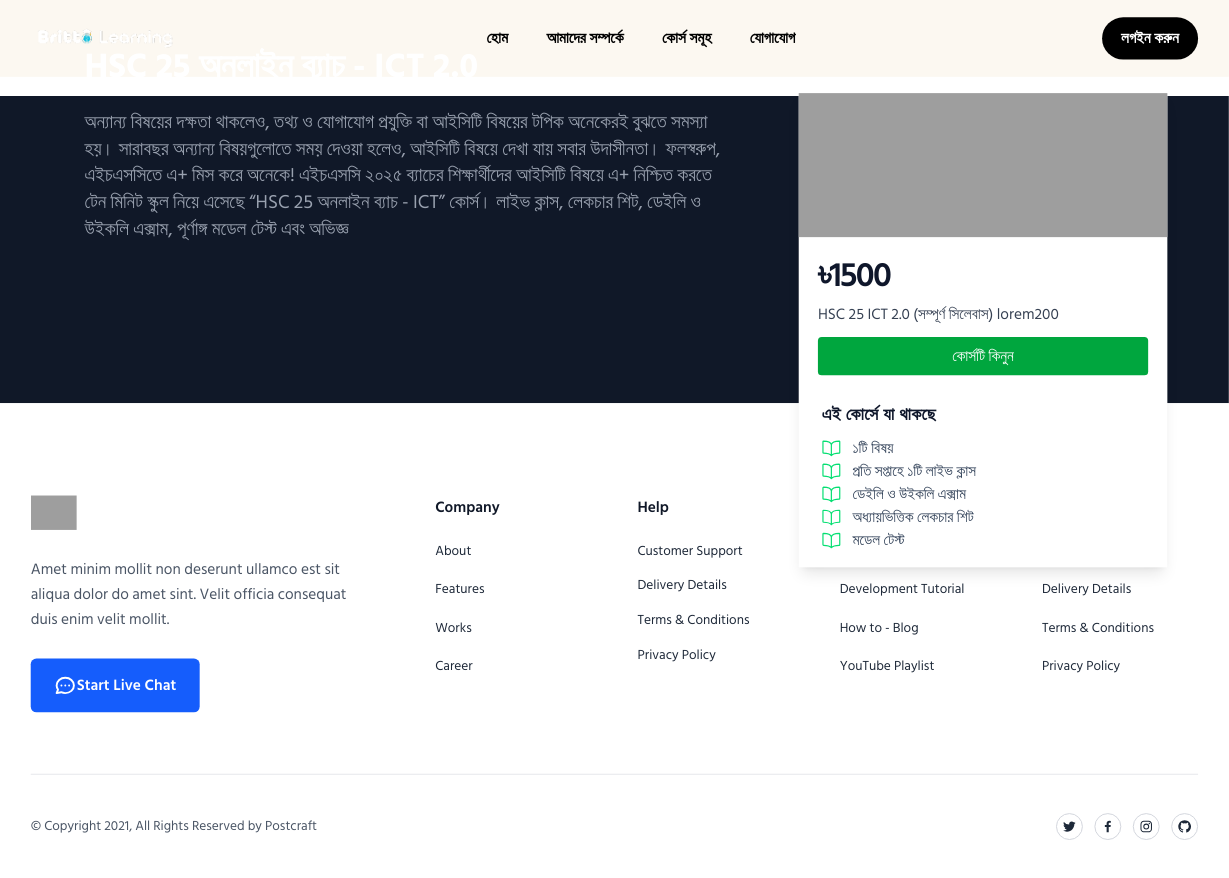
Repository: Ruddro420/course-selling
Page: /single-course
An editor plug-in stored every save of this project. The page is shown before and after the next save, followed by the edit.
The browser window is 1280 px wide. The pictures show the whole page, at 96% of full size.
Pictures or frames that could not be fetched are drawn as grey boxes. The project was rebuilt for these pictures with package versions that can differ from the ones it lists, and the page was loaded fresh each time. Also part of the build but not shown: vite.config.js, src/components/AboutSection.jsx, src/components/ContactSection.jsx, src/components/CourseSection.jsx, src/components/Hero.jsx, src/components/TeamSection.jsx, src/components/WhyUsSection.jsx, src/pages/Home.jsx and 2 more.

Above is the page before, as saved 2025-02-06 03:28:00.

### index.html
<!doctype html>
<html lang="en">

<head>
  <meta charset="UTF-8" />
  <link rel="icon" type="image/svg+xml" href="/img/fav-icon.jpg" />
  <meta name="viewport" content="width=device-width, initial-scale=1.0" />
  <link rel="preconnect" href="https://fonts.googleapis.com">
  <link rel="preconnect" href="https://fonts.gstatic.com" crossorigin>
  <link href="https://fonts.googleapis.com/css2?family=Hind+Siliguri:wght@300;400;500;600;700&display=swap"
    rel="stylesheet">
  <title>Britto Learning</title>
</head>

<body>
  <div id="root"></div>
  <script type="module" src="/src/main.jsx"></script>
</body>

</html>

### src/main.jsx
import { StrictMode } from 'react'
import { createRoot } from 'react-dom/client'
import './index.css'
import {
  createBrowserRouter,
  RouterProvider,
} from "react-router-dom";
import Home from './pages/Home.jsx';
import MainLayout from './MainLayout/MainLayout.jsx';
import LoginPage from './pages/LoginPage.jsx';
import AuthPage from './pages/AuthPage.jsx';
import CoursePage from './pages/CoursePage.jsx';

const router = createBrowserRouter([
  {
    path: "/",
    element: <MainLayout />,
    children: [
      {
        path: '/',
        element: <Home />
      },
      {
        path: '/single-course',
        element: <CoursePage />
      }
    ]
  },
  {
    path: '/login',
    element: <LoginPage />
  },
  {
    path: '/register',
    element: <AuthPage />
  }
]);

createRoot(document.getElementById('root')).render(
  <StrictMode>
    <RouterProvider router={router} />
  </StrictMode>,
)

### src/index.css
@import "tailwindcss";
/* Hind Siliguri Font */
@import url('https://fonts.googleapis.com/css2?family=Hind+Siliguri:wght@300;400;500;600;700&display=swap');

/* Basic Setup */
body {
  font-family: "Hind Siliguri", serif!important;
}

### src/MainLayout/MainLayout.jsx
import { Outlet } from "react-router-dom";
import Header from "../components/Header";
import MainFooter from "../components/MainFooter";

const MainLayout = () => {
    return (
        <div>
            <Header />
            <Outlet />
            <MainFooter />
        </div>
    );
};

export default MainLayout;

### src/pages/CoursePage.jsx

import CourseHero from '../components/courseComponent/CourseHero';

const CoursePage = () => {
  return (
    <>
      <CourseHero />
    </>
  );
};

export default CoursePage;

### src/components/Header.jsx
import { Link } from "react-router-dom";

const Header = () => {
    return (
        <div>
            <header className="bg-[#FCF8F1] bg-opacity-30">
                <div className="px-4 mx-auto sm:px-6 lg:px-8">
                    <div className="flex items-center justify-between h-16 lg:h-20">
                        <div className="flex-shrink-0">
                            <a href="#" title="" className="flex">
                                <img className="w-auto h-8" src="../../img/logo.png" alt="" />
                            </a>
                        </div>

                        <button type="button" className="inline-flex p-2 text-black transition-all duration-200 rounded-md lg:hidden focus:bg-gray-100 hover:bg-gray-100">
                            {/*    <!-- Menu open: "hidden", Menu closed: "block" --> */}
                            <svg className="block w-6 h-6" xmlns="http://www.w3.org/2000/svg" fill="none" viewBox="0 0 24 24" stroke="currentColor">
                                <path strokeLinecap="round" strokeLinejoin="round" strokeWidth="2" d="M4 8h16M4 16h16"></path>
                            </svg>

                            {/*  <!-- Menu open: "block", Menu closed: "hidden" --> */}
                            <svg className="hidden w-6 h-6" xmlns="http://www.w3.org/2000/svg" fill="none" viewBox="0 0 24 24" stroke="currentColor">
                                <path strokeLinecap="round" strokeLinejoin="round" strokeWidth="2" d="M6 18L18 6M6 6l12 12"></path>
                            </svg>
                        </button>

                        <div className="hidden lg:flex lg:items-center lg:justify-center lg:space-x-10">
                            <a href="#" title="" className="text-base text-black transition-all duration-200 hover:text-opacity-80 font-bold"> হোম </a>

                            <a href="#" title="" className="text-base text-black transition-all duration-200 hover:text-opacity-80 font-bold"> আমাদের সম্পর্কে </a>

                            <a href="#" title="" className="text-base text-black transition-all duration-200 hover:text-opacity-80 font-bold"> কোর্স সমূহ </a>

                            <a href="#" title="" className="text-base text-black transition-all duration-200 hover:text-opacity-80 font-bold"> যোগাযোগ </a>
                        </div>

                        <Link to='/login' href="#" title="" className="hidden lg:inline-flex items-center justify-center px-5 py-2.5 text-base transition-all duration-200 hover:bg-yellow-300 hover:text-black focus:text-black focus:bg-yellow-300 font-semibold text-white bg-black rounded-full" role="button"> লগইন করুন </Link>
                    </div>
                </div>
            </header>
        </div>
    );
};

export default Header;

### src/components/courseComponent/CourseHero.jsx
import { IoBookOutline } from "react-icons/io5";

const CourseHero = () => {
  return (
    <div className="pt-[20px]">
      <div className="bg-gray-900 py-20 course-hero-section  h-80 flex items-center justify-between mx-auto p-4 ">
        <div className="container mx-auto mt-10 max-w-screen-xl md:px-12">
          <div className="flex flex-col course-hero md:flex-row md:gap-12">

            <div className="md:w-1/2 lg:w-2/3 pt-20 px-6 flex-grow hero-cards">
              <h1 className=" md:text-4xl text-xl text-white font-bold mb-6">
                HSC 25 অনলাইন ব্যাচ - ICT 2.0
              </h1>
              <p className="text-md md:text-xl lg:text-xl text-gray-400 mb-8">
                অন্যান্য বিষয়ের দক্ষতা থাকলেও, তথ্য ও যোগাযোগ প্রযুক্তি বা
                আইসিটি বিষয়ের টপিক অনেকেরই বুঝতে সমস্যা হয়। সারাবছর অন্যান্য
                বিষয়গুলোতে সময় দেওয়া হলেও, আইসিটি বিষয়ে দেখা যায় সবার উদাসীনতা।
                ফলস্বরুপ, এইচএসসিতে এ+ মিস করে অনেকে! এইচএসসি ২০২৫ ব্যাচের
                শিক্ষার্থীদের আইসিটি বিষয়ে এ+ নিশ্চিত করতে টেন মিনিট স্কুল নিয়ে
                এসেছে “HSC 25 অনলাইন ব্যাচ - ICT” কোর্স। লাইভ ক্লাস, লেকচার শিট,
                ডেইলি ও উইকলি এক্সাম, পূর্ণাঙ্গ মডেল টেস্ট এবং অভিজ্ঞ
              </p>
            </div>

            <div className="md:w-1/2 lg:w-1/3 z-40  pt-20  md:mt-12  flex-shrink-0 hero-cards hero-cards2">
              <div className="max-w-md pb-4  bg-white  border-gray-200 dark:bg-gray-800 dark:border-gray-700  shadow-lg main-card">
                <a href="#">
                  <iframe
                    className="w-full card-vedio"
                    src="https://www.youtube.com/embed/IjlYXtI2-GU?si=gBJ8wmkM5Jta3u4m"
                    title="YouTube video player"
                    frameBorder="0"
                    allow="accelerometer; autoplay; clipboard-write; encrypted-media; gyroscope; picture-in-picture; web-share"
                    referrerPolicy="strict-origin-when-cross-origin"
                    allowFullScreen
                  ></iframe>
                </a>
                {/* Fee-container */}
                <div className="suggestion-pricing dark:text-white">
                  <div className="p-5">
                    <a href="#">
                      <h5 className="mb-2 text-2xl font-bold tracking-tight text-gray-900 dark:text-white">
                        <span className="text-4xl font-semibold text-slate-900 tracking-tighter">
                          ৳1500
                        </span>
                      </h5>
                    </a>
                    <p className="mb-3 font-normal dark:text-white text-gray-700">
                      HSC 25 ICT 2.0 (সম্পূর্ণ সিলেবাস) lorem200
                    </p>
                    <button className="bg-green-600 whitespace-nowrap text-center md:w-full w-full rounded py-2 lg:py-2 text-white ">
                      কোর্সটি কিনুন
                    </button>
                  </div>

                  <div className="">
                    <h3 className="text-lg  font-bold text-slate-900 tracking-wide uppercase px-6 py-2">
                      এই কোর্সে যা থাকছে
                    </h3>
                    <li className="flex space-x-3 items-center px-6">
                      <IoBookOutline className="flex-shrink-0  h-5 w-5 text-green-400" />
                      <span className="text-base text-slate-700">১টি বিষয়</span>
                    </li>
                    <li className="flex space-x-3 items-center px-6">
                      <IoBookOutline className="flex-shrink-0  h-5 w-5 text-green-400" />
                      <span className="text-base text-slate-700">
                        প্রতি সপ্তাহে ১টি লাইভ ক্লাস
                      </span>
                    </li>
                    <li className="flex space-x-3 items-center px-6">
                      <IoBookOutline className="flex-shrink-0  h-5 w-5 text-green-400" />
                      <span className="text-base text-slate-700">
                        ডেইলি ও উইকলি এক্সাম
                      </span>
                    </li>
                    <li className="flex space-x-3 items-center px-6">
                      <IoBookOutline className="flex-shrink-0  h-5 w-5 text-green-400" />
                      <span className="text-base text-slate-700">
                        অধ্যায়ভিত্তিক লেকচার শিট
                      </span>
                    </li>
                    <li className="flex space-x-3 items-center px-6">
                      <IoBookOutline className="flex-shrink-0  h-5 w-5 text-green-400" />
                      <span className="text-base text-slate-700">
                        মডেল টেস্ট
                      </span>
                    </li>
                  </div>
                </div>
              </div>
            </div>


          </div>
        </div>
      </div>
    </div>
  );
};

export default CourseHero;

Loaded but not shown: src/components/MainFooter.jsx (182 lines, source omitted)

After the next save:
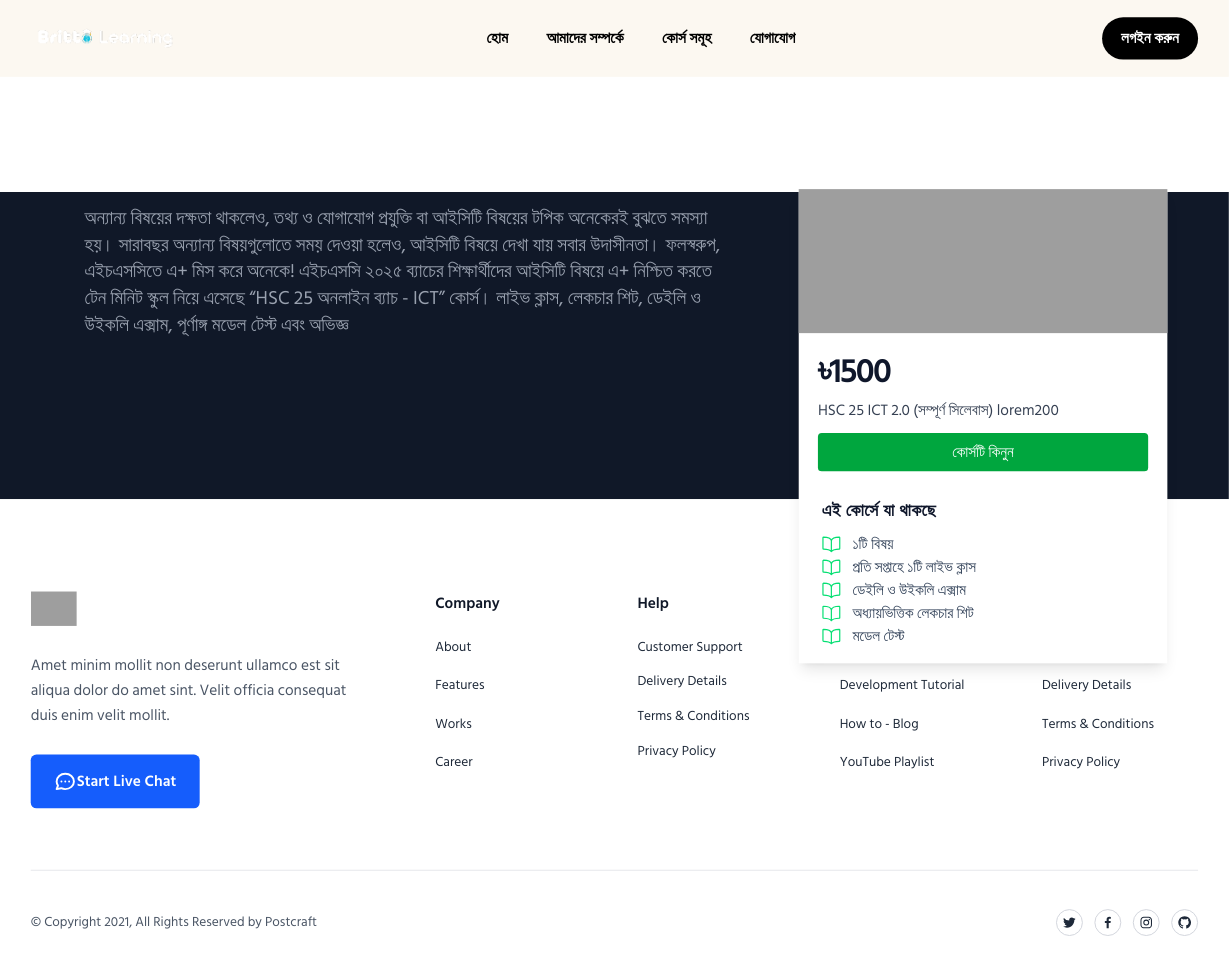
Saved 7 s later.
--- a/src/components/courseComponent/CourseHero.jsx
+++ b/src/components/courseComponent/CourseHero.jsx
@@ -2,7 +2,7 @@ import { IoBookOutline } from "react-icons/io5";
 
 const CourseHero = () => {
   return (
-    <div className="pt-[20px]">
+    <div className="pt-[120px]">
       <div className="bg-gray-900 py-20 course-hero-section  h-80 flex items-center justify-between mx-auto p-4 ">
         <div className="container mx-auto mt-10 max-w-screen-xl md:px-12">
           <div className="flex flex-col course-hero md:flex-row md:gap-12">
